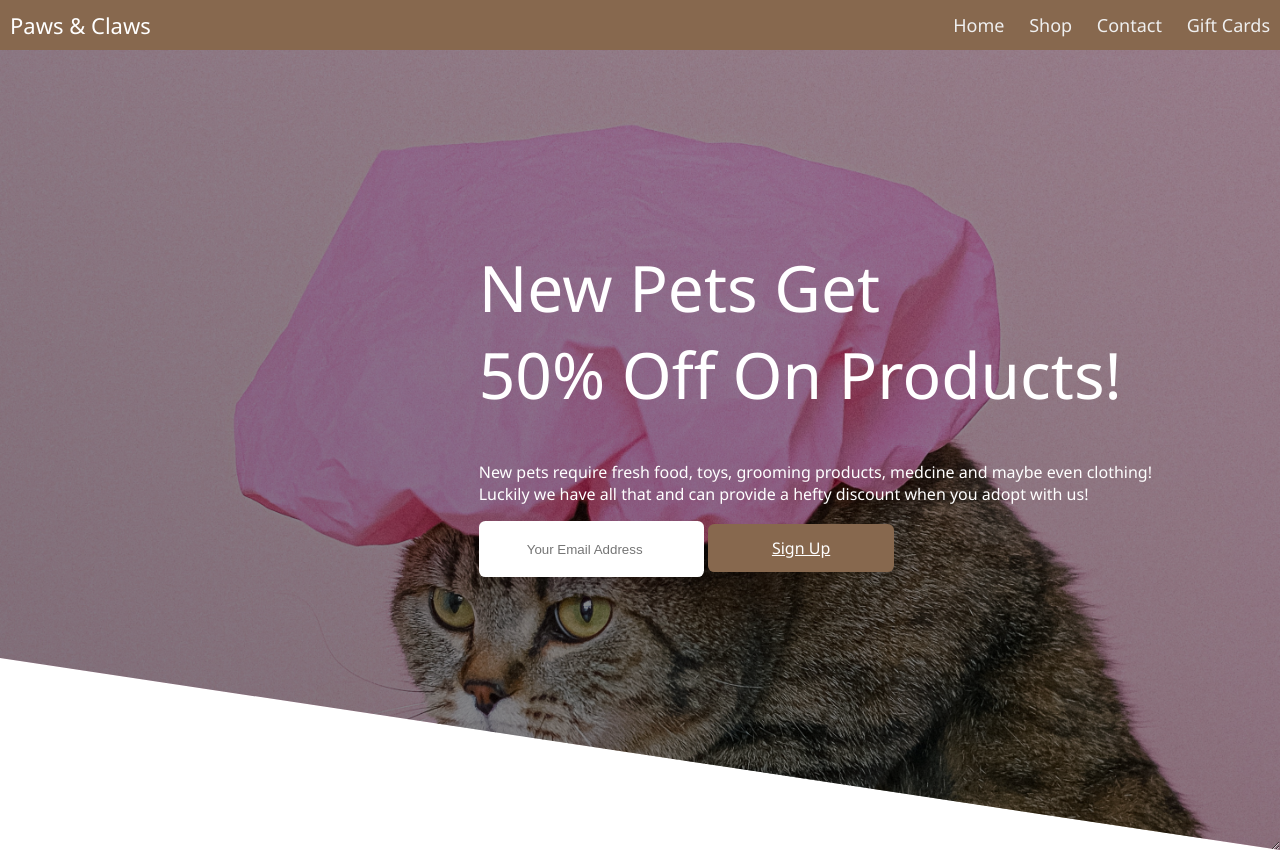
Repository: LtGriff/petProject
Page: dist/about.html
These files come from the project's save history. The page is drawn as it stood at one moment and after the next save; the edit follows.
The browser window is 1280 px wide. The pictures show the whole page.
Backgrounds fixed to the window are drawn as part of the page.

Above is the page before, as saved 2022-05-19 07:55:57.

After the next save:
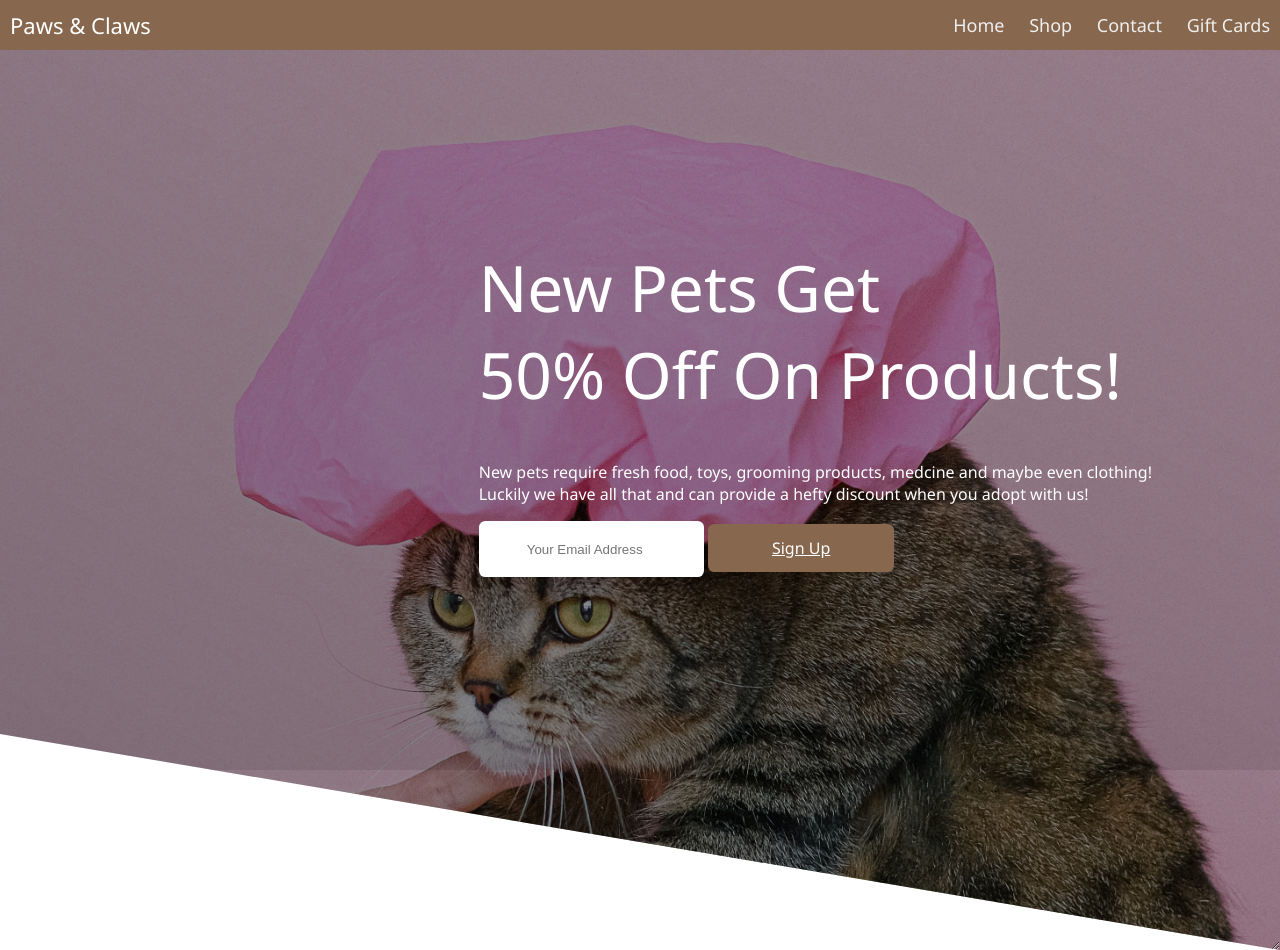
Saved 6 s later.
--- a/dist/CSS/about.css
+++ b/dist/CSS/about.css
@@ -81,7 +81,7 @@
     background-size: cover;
     background-repeat: no-repeat;
     width:auto;
-    height: 800px;
+    height: 900px;
     resize: both;
     overflow: scroll;
     clip-path: polygon(0% 0%,100% 0%,100% 100%,0% 76%);

After the save that followed:
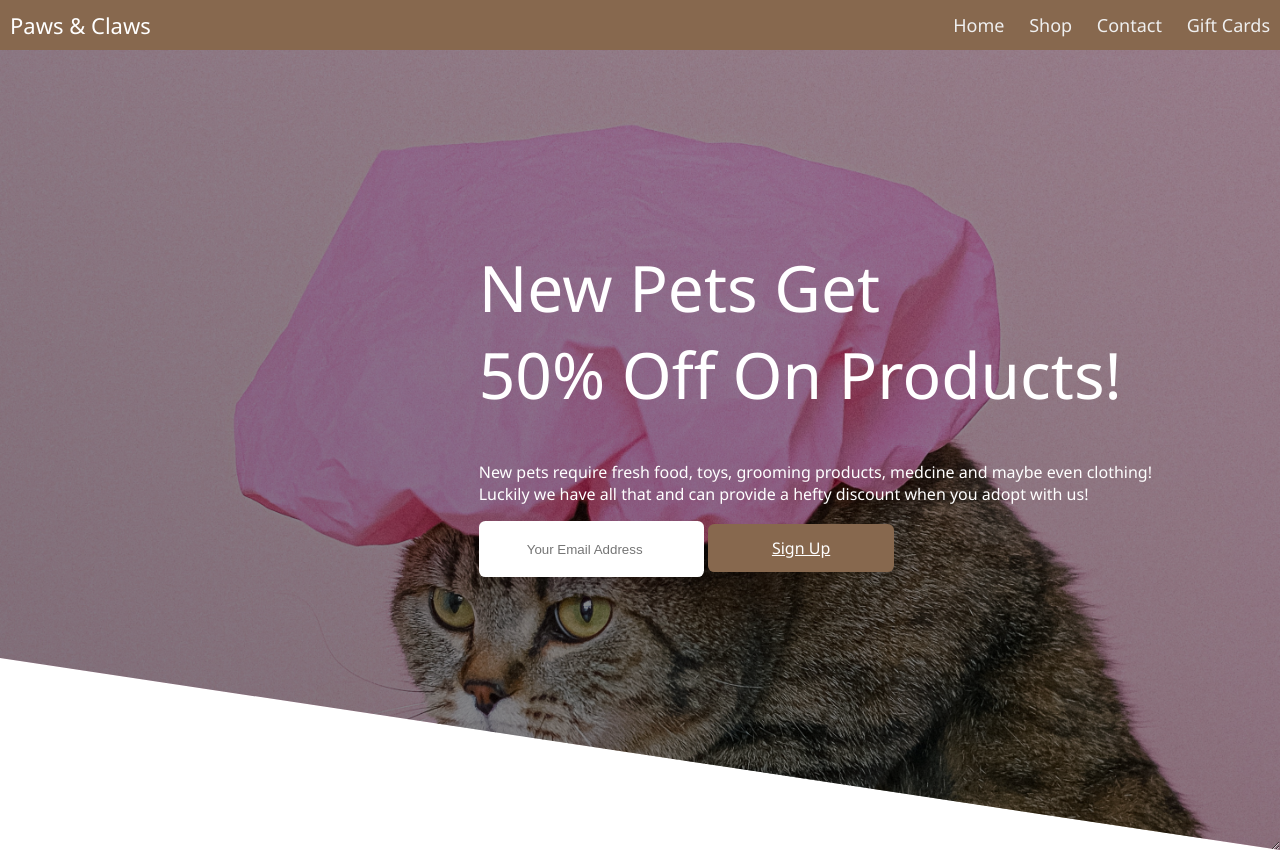
Saved 6 s later.
--- a/dist/CSS/about.css
+++ b/dist/CSS/about.css
@@ -81,7 +81,7 @@
     background-size: cover;
     background-repeat: no-repeat;
     width:auto;
-    height: 900px;
+    height: 800px;
     resize: both;
     overflow: scroll;
     clip-path: polygon(0% 0%,100% 0%,100% 100%,0% 76%);
